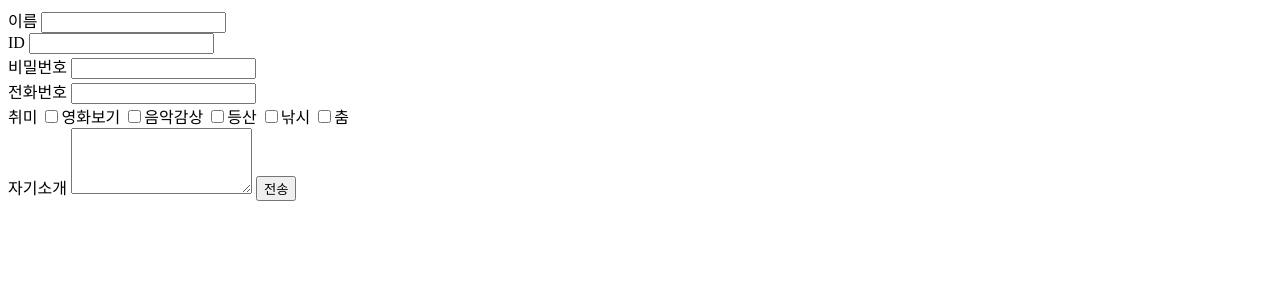
Repository: yuntaekOhO/SY_Academy_Study
Page: http://localhost/ch03-JSP/ch02-nestedObject/s05_registerForm.jsp
An editor plug-in stored every save of this project. The page is shown before and after the next save, followed by the edit.
The browser window is 1280 px wide. The pictures show the whole page.
The page is served by Tomcat 9.

Above is the page before, as saved 2022-06-24 06:52:28.

After the next save:
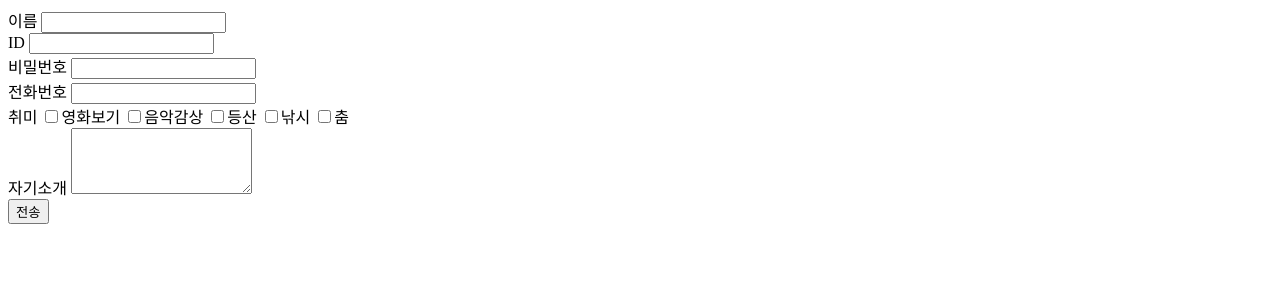
Saved 8 s later.
--- a/workspace_jsp/ch03-JSP/src/main/webapp/ch02-nestedObject/s05_registerForm.jsp
+++ b/workspace_jsp/ch03-JSP/src/main/webapp/ch02-nestedObject/s05_registerForm.jsp
@@ -19,7 +19,7 @@
 	<input type="checkbox" name="hobby" value="낚시">낚시
 	<input type="checkbox" name="hobby" value="춤">춤<br>
 
-	자기소개 <textarea rows="4" cols="20" name="content"></textarea>
+	자기소개 <textarea rows="4" cols="20" name="content"></textarea><br>
 
 	<input type="submit" value="전송">
 </form>
